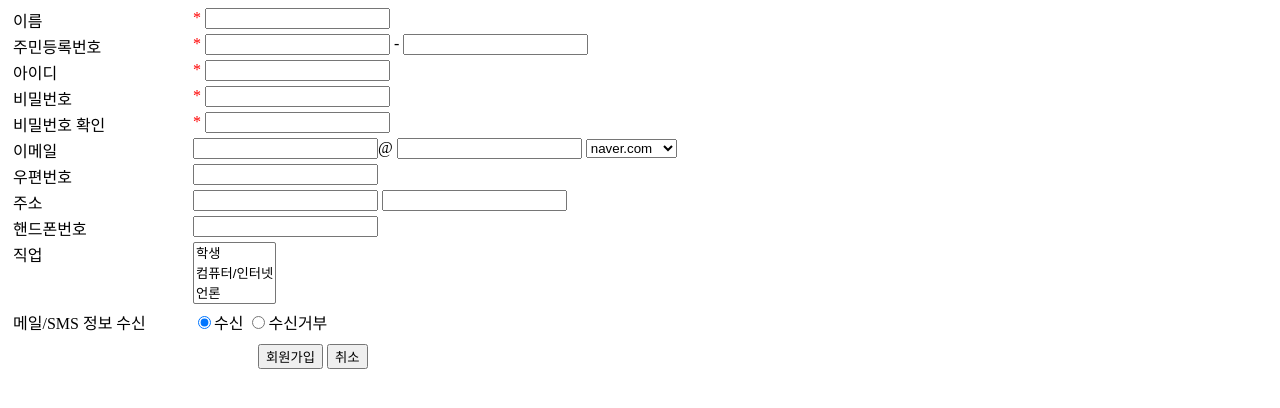
Repository: BartsimisraB/JavaPractice_
Page: http://localhost/JSPpractice2/Join.jsp
The author's editor kept a copy of each file at every save. The page is drawn from the files as they stood at one save, then again after the next save.
The browser window is 1280 px wide. The pictures show the whole page.
The page is served by Tomcat 9.

Above is the page before, as saved 2023-01-12 05:36:08.

After the next save:
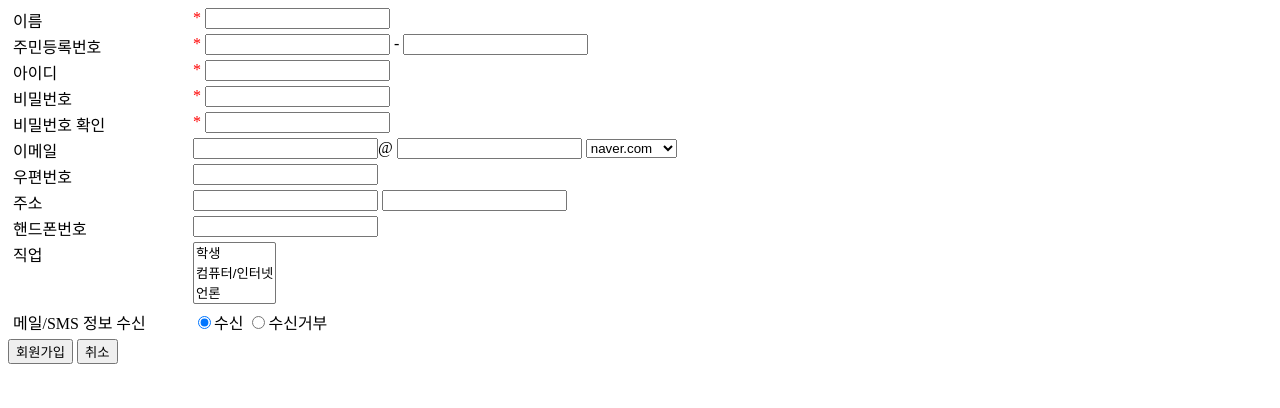
Saved 5 min 33 s later.
--- a/JSPpractice2/src/main/webapp/Join.jsp
+++ b/JSPpractice2/src/main/webapp/Join.jsp
@@ -59,9 +59,7 @@
             <input type="radio" name="info" id="info" value="ok" checked/>수신
             <input type="radio" name="info" id="info" value="no" />수신거부
       </div>
-      <div id="button">
         <input type="button" value="회원가입" onclick = "checkform()"> <input type="reset" value="취소">
-      </div>
     </form>
 </body>
 </html>
